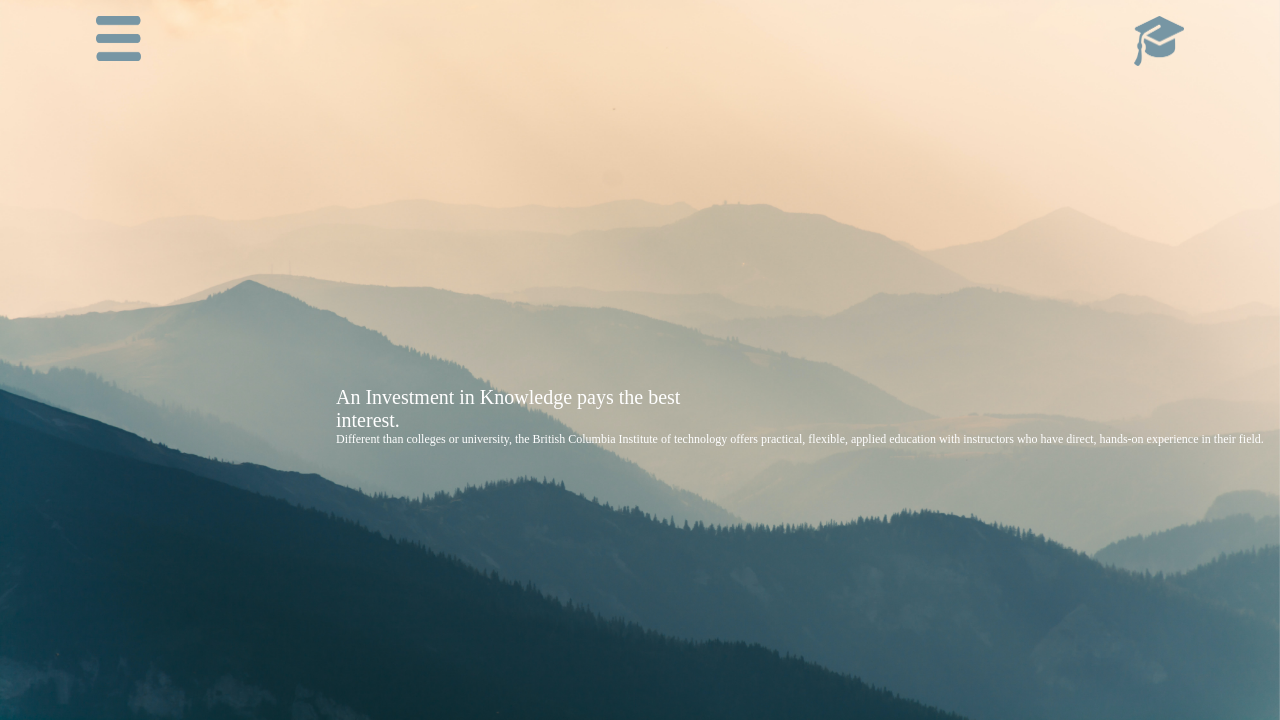
Repository: anoncoderin/assignment01-withCarousel-Madhu
Page: /
These files come from the project's save history. The page is drawn as it stood at one moment and after a run of saves; the edit follows.
The browser window is 1280 px wide. The pictures show the whole page.
The project was rebuilt for these pictures with package versions that can differ from the ones it lists, and the page was loaded fresh each time. The framework's server and built-in components were replaced by stand-ins that run in the browser. Also part of the build but not shown: next.config.js.

Above is the page before, as saved 2023-02-01 22:02:34.

After the next 3 saves:
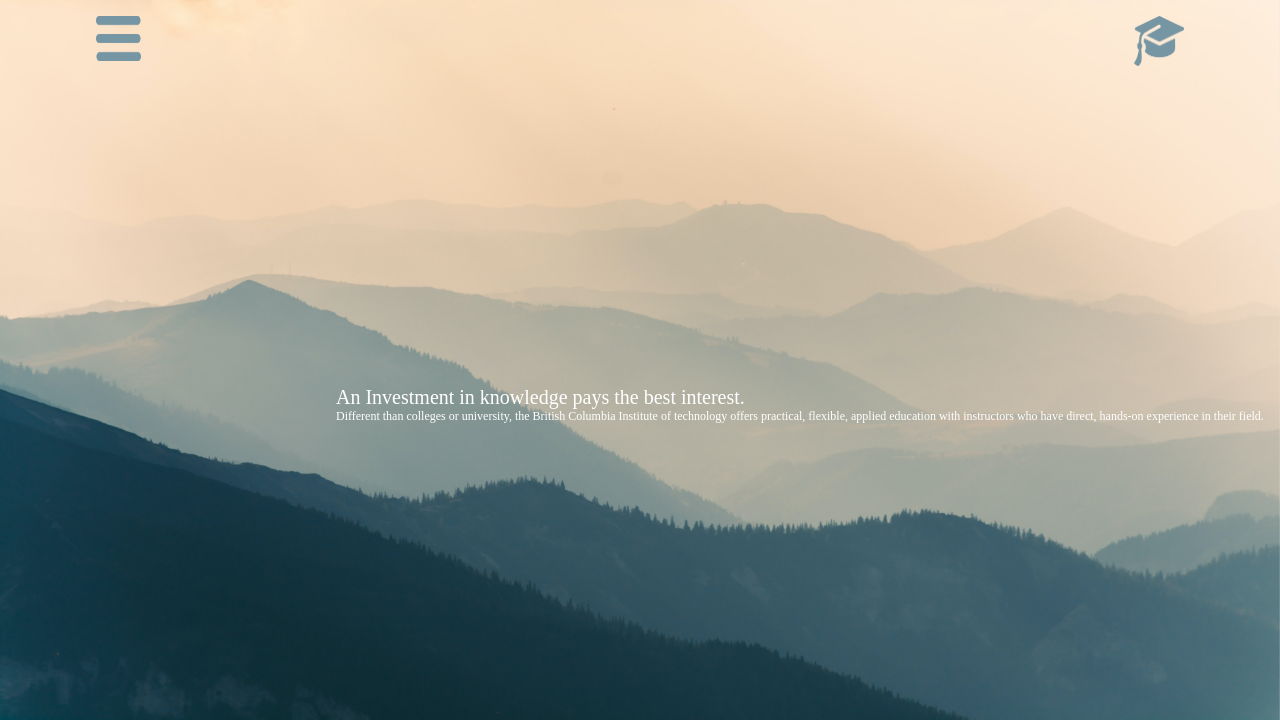
The 3 saves are shown as one change because they came seconds apart.
The last was saved 10 s later.
--- a/pages/index.js
+++ b/pages/index.js
@@ -36,8 +36,7 @@ export default function Home() {
           </div>
           <div className={styles.container}>
           <p className={styles.info}>
-            An Investment in Knowledge pays the best<br></br>interest.
-
+            An Investment in knowledge pays the best interest.
           </p>
           <p className={styles.smallp}>Different than colleges or university, the British Columbia Institute of technology offers
           practical, flexible, applied education with instructors who have direct, hands-on experience in their field.</p>
